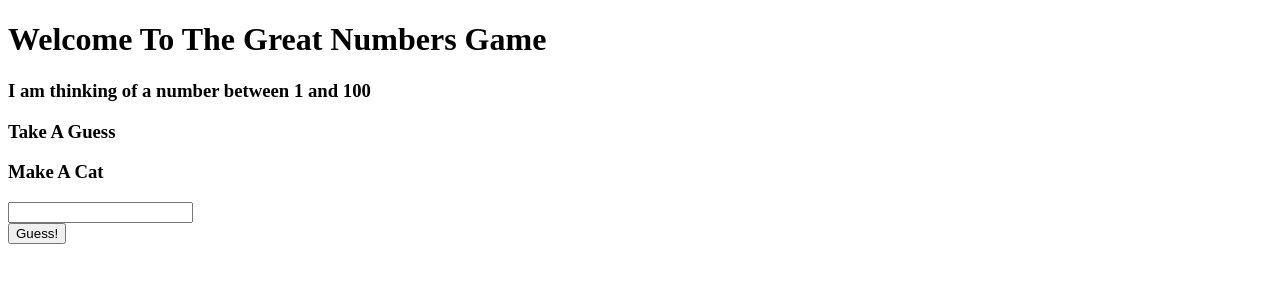
Repository: a-rydzak/Java
Page: http://localhost/GNumbers/Home
An editor plug-in stored every save of this project. The page is shown before and after the next save, followed by the edit.
The browser window is 1280 px wide. The pictures show the whole page.
The page is served by Tomcat 9.

Above is the page before, as saved 2019-07-15 12:05:27.

After the next save:
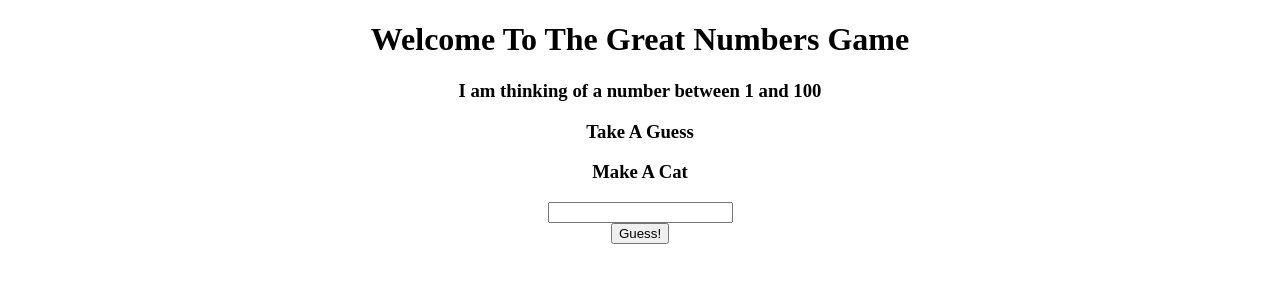
Saved 43 s later.
--- a/Java MVC/Great Number Game/GNumbers/WebContent/WEB-INF/css/Home.css
+++ b/Java MVC/Great Number Game/GNumbers/WebContent/WEB-INF/css/Home.css
@@ -1,6 +1,6 @@
 @charset "ISO-8859-1";
 
 #container{
-	width:100%
+	width:100%;
 	text-align:center;
 }
